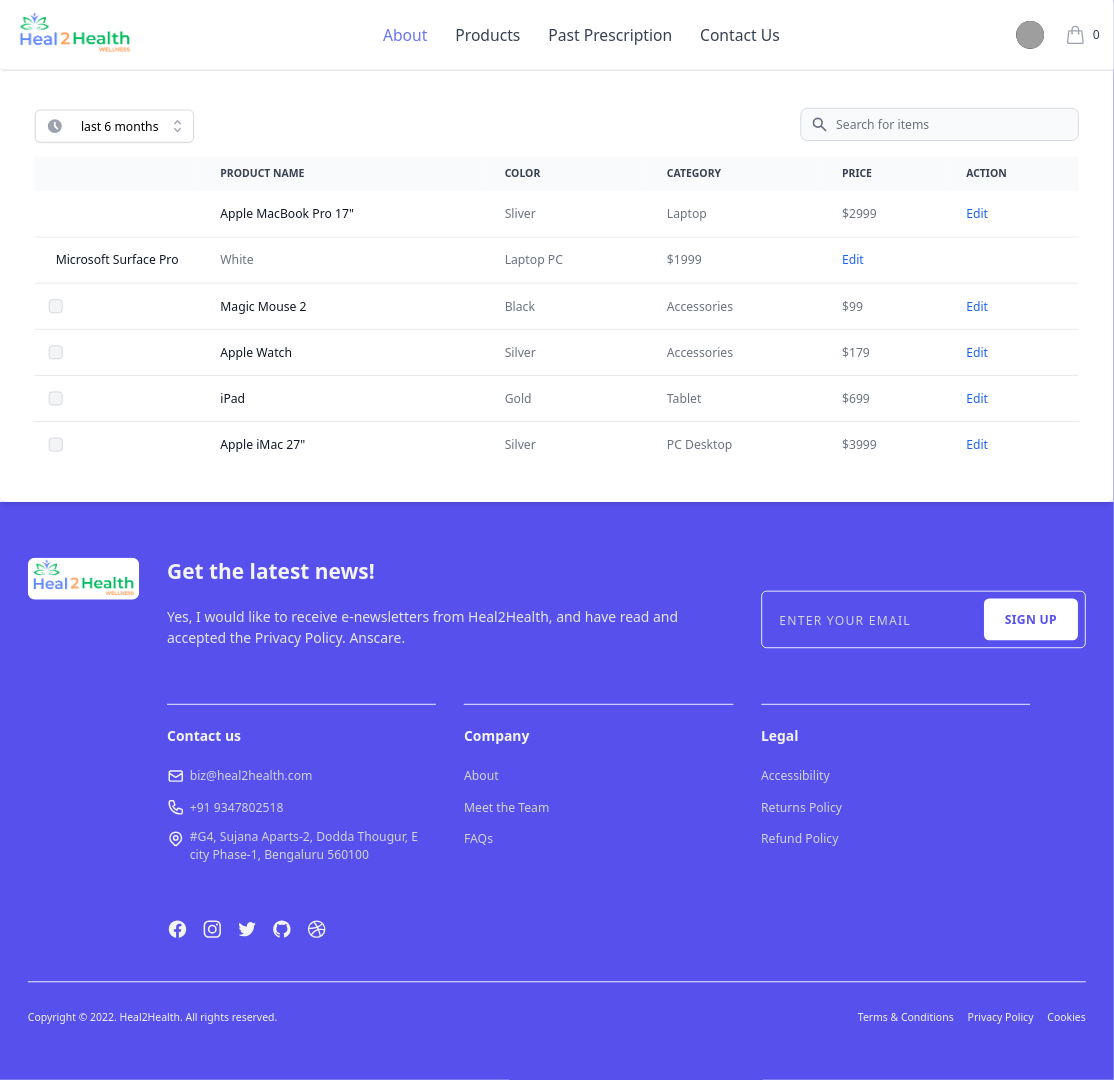
Repository: Akash123-coder/H2H
Page: /PastPrescription (app in Frontend/)
An editor plug-in stored every save of this project. The page is shown before and after the next save, followed by the edit.
The browser window is 1280 px wide. The pictures show the whole page, at 87% of full size.
Pictures or frames that could not be fetched are drawn as grey boxes. The project was rebuilt for these pictures with package versions that can differ from the ones it lists, and the page was loaded fresh each time. Also part of the build but not shown: Frontend/vite.config.ts, Frontend/src/pages/About.tsx, Frontend/src/components/Cta.jsx, Frontend/src/pages/Home.jsx, Frontend/src/components/Buttonsm.tsx, Frontend/src/components/Buttonrm.tsx, Frontend/src/components/Product.tsx, Frontend/src/pages/Prescription.jsx and 2 more.

Above is the page before, as saved 2022-09-28 17:16:20.

After the next save:
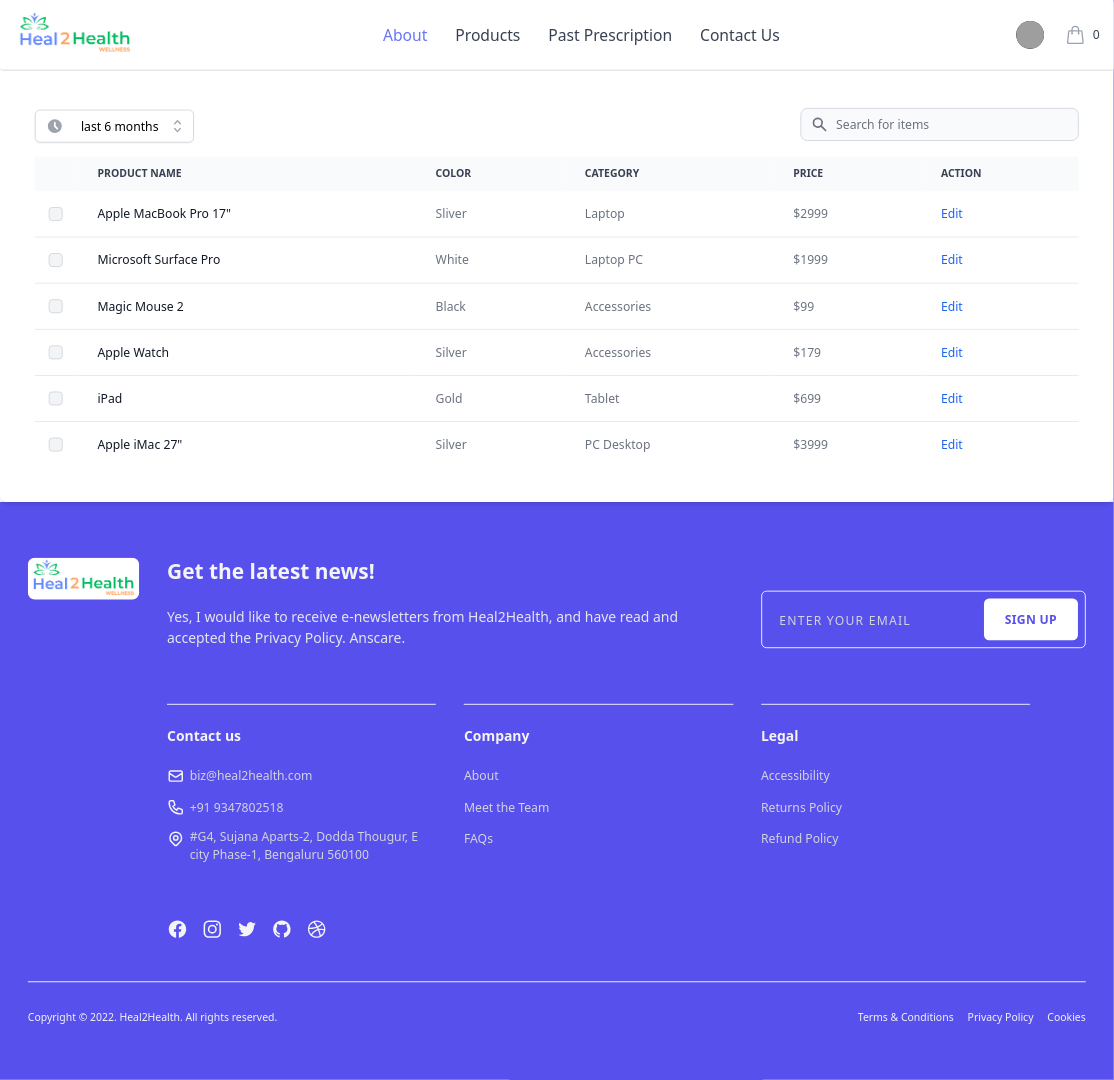
Saved 8 s later.
--- a/Frontend/src/pages/PastPrescription.jsx
+++ b/Frontend/src/pages/PastPrescription.jsx
@@ -66,7 +66,11 @@ function PastPrescription() {
             <tr class="bg-white border-b dark:bg-gray-800 dark:border-gray-700 hover:bg-gray-50 dark:hover:bg-gray-600">
               <td class="p-4 w-4">
                 <div class="flex items-center">
-
+                  <input
+                    id="checkbox-table-search-1"
+                    type="checkbox"
+                    class="w-4 h-4 text-blue-600 bg-gray-100 rounded border-gray-300 focus:ring-blue-500 dark:focus:ring-blue-600 dark:ring-offset-gray-800 focus:ring-2 dark:bg-gray-700 dark:border-gray-600"
+                  />
                   <label for="checkbox-table-search-1" class="sr-only">
                     checkbox
                   </label>
@@ -91,7 +95,18 @@ function PastPrescription() {
               </td>
             </tr>
             <tr class="bg-white border-b dark:bg-gray-800 dark:border-gray-700 hover:bg-gray-50 dark:hover:bg-gray-600">
-
+              <td class="p-4 w-4">
+                <div class="flex items-center">
+                  <input
+                    id="checkbox-table-search-2"
+                    type="checkbox"
+                    class="w-4 h-4 text-blue-600 bg-gray-100 rounded border-gray-300 focus:ring-blue-500 dark:focus:ring-blue-600 dark:ring-offset-gray-800 focus:ring-2 dark:bg-gray-700 dark:border-gray-600"
+                  />
+                  <label for="checkbox-table-search-2" class="sr-only">
+                    checkbox
+                  </label>
+                </div>
+              </td>
               <th
                 scope="row"
                 class="py-4 px-6 font-medium text-gray-900 whitespace-nowrap dark:text-white"
